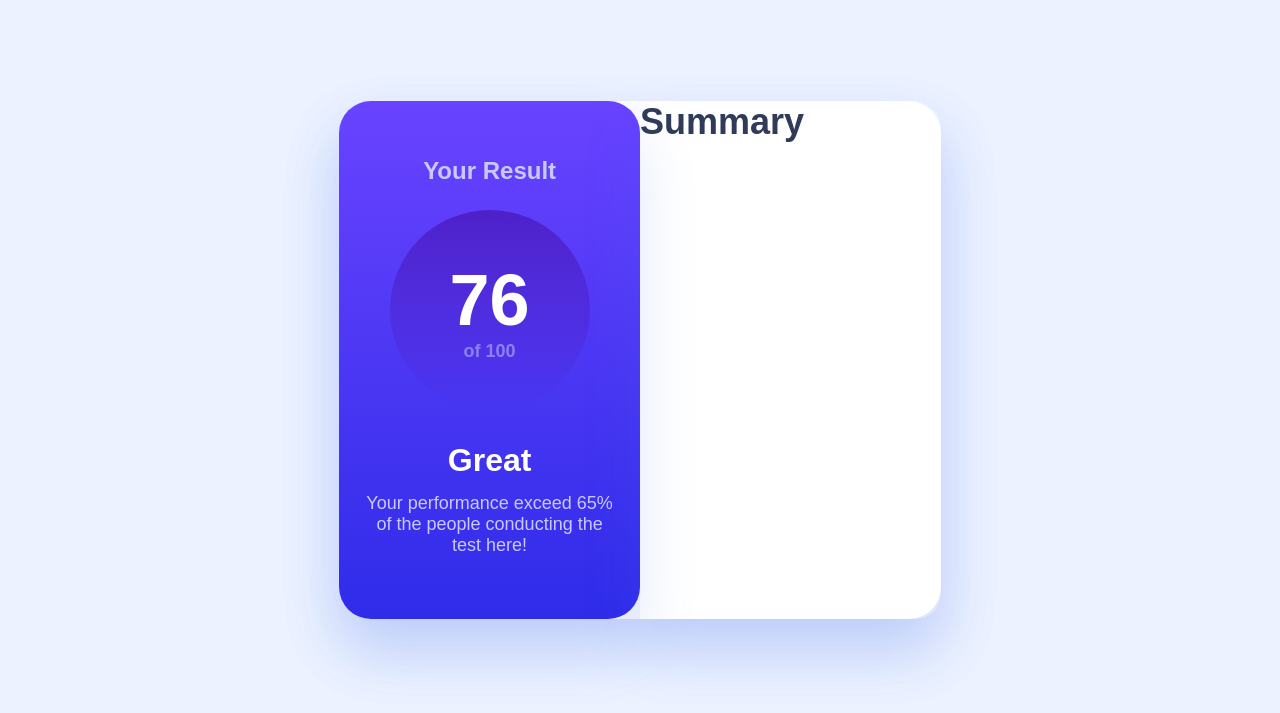
Repository: KamoliddinGIT/result-summary
Page: index.html
An editor plug-in stored every save of this project. The page is shown before and after the next save, followed by the edit.
The browser window is 1280 px wide. The pictures show the whole page.
Some web fonts or font styles are not loaded; a fallback is used.

Above is the page before, as saved 2023-09-08 15:54:32.

After the next save:
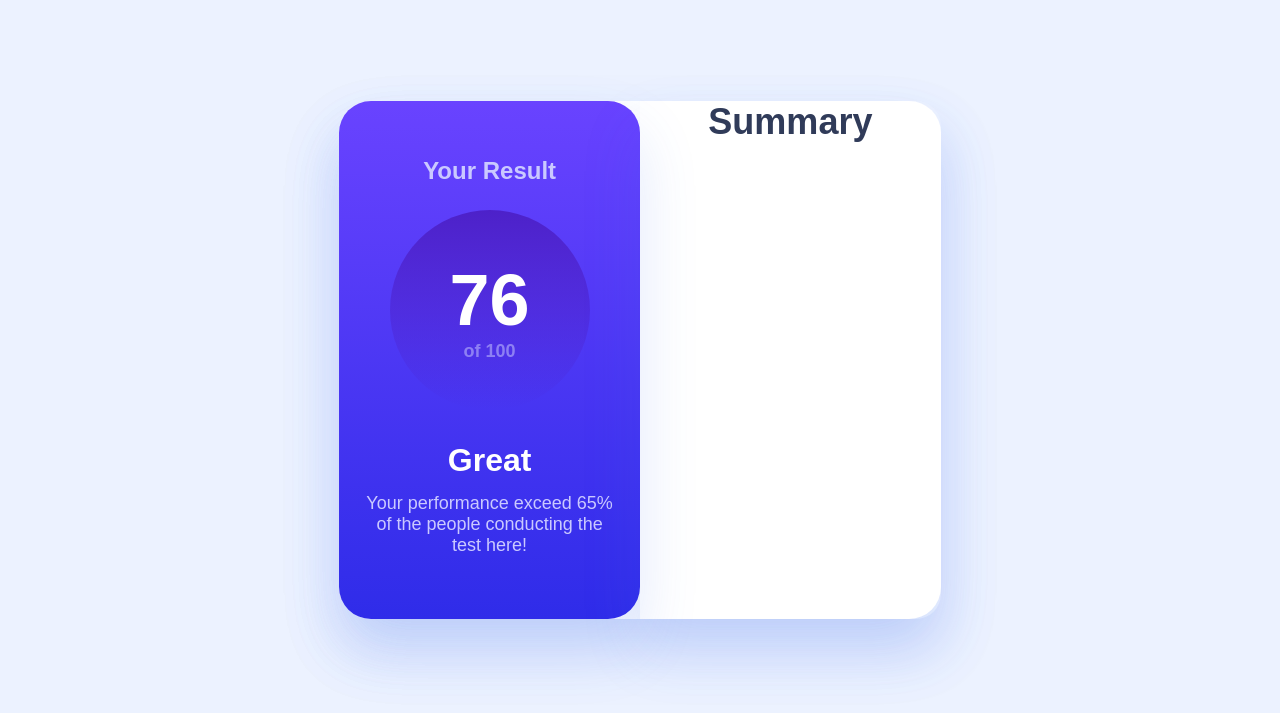
Saved 8 s later.
--- a/css/style.css
+++ b/css/style.css
@@ -82,7 +82,7 @@ body {
 .summary-box {
   display: flex;
   flex-direction: column;
-  align-items: start;
+  align-items: center;
   width: 50%;
   height: 100%;
   border-radius: 0 25px 25px 0;
